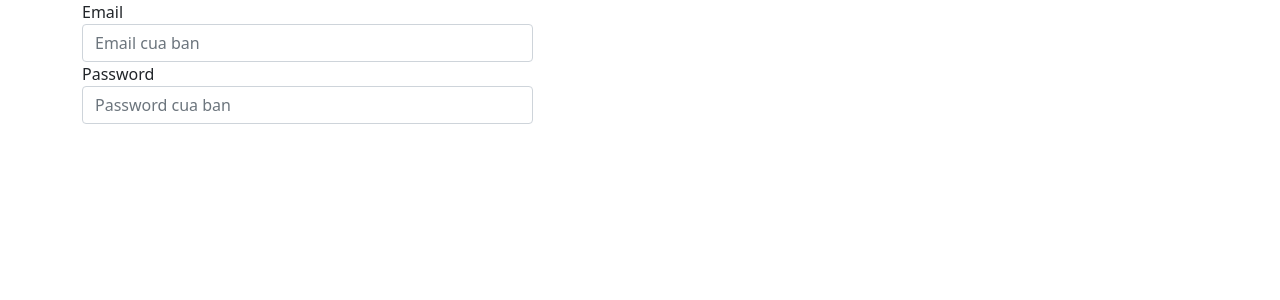
Repository: kiennd3921/AssJava4
Page: http://localhost/Assignment/view/auth/Login.jsp
These files come from the project's save history. The page is drawn as it stood at one moment and after the next save; the edit follows.
The browser window is 1280 px wide. The pictures show the whole page.
The page is served by Tomcat 9.

Above is the page before, as saved 2021-04-13 14:50:20.

After the next save:
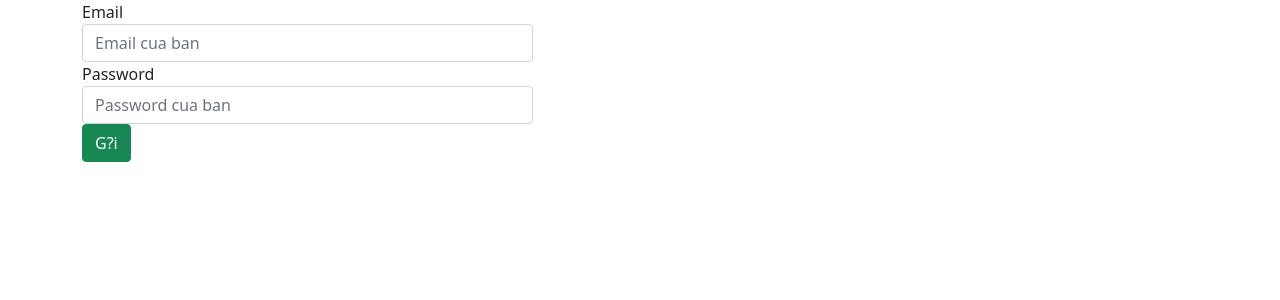
Saved 2 min 11 s later.
--- a/PT15307-UD/Assignment/WebContent/view/auth/Login.jsp
+++ b/PT15307-UD/Assignment/WebContent/view/auth/Login.jsp
@@ -33,6 +33,9 @@
 							</div>
 						</div>
 					</div>
+					<div class="form-group">
+						<button class="btn btn-success" type="submit">Gửi</button>
+					</div>
 				</form>
 			</div>
 		</div>
